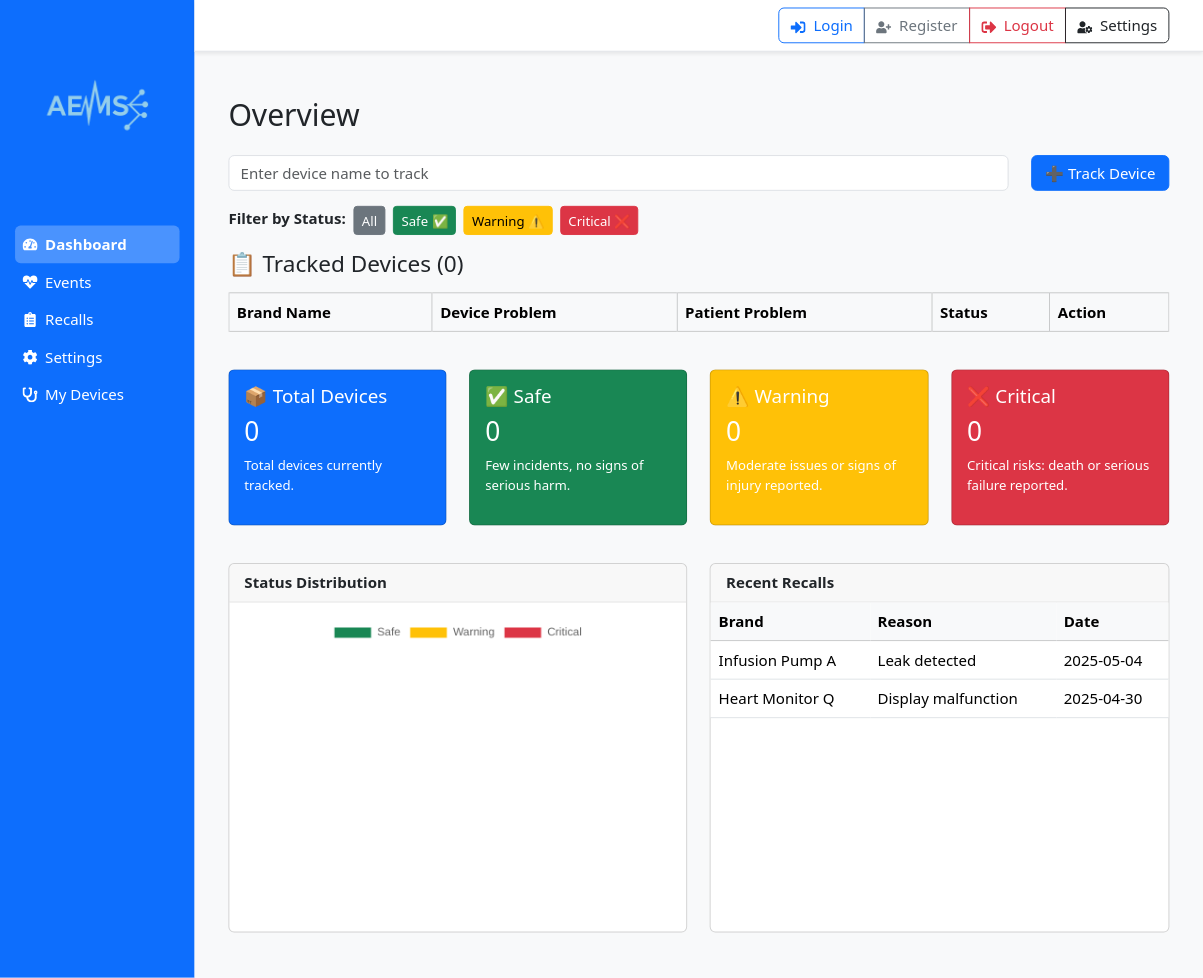
Repository: Sarary2/AEMS_2MVP
Page: / (app in frontend/AEMS/)
An editor plug-in stored every save of this project. The page is shown before and after the next save, followed by the edit.
The browser window is 1280 px wide. The pictures show the whole page, at 94% of full size.
The page's requests for data from a server got no answer. The project was rebuilt for these pictures with package versions that can differ from the ones it lists, and the page was loaded fresh each time. No one was signed in, and anything a server would have sent is missing. Also part of the build but not shown: frontend/AEMS/vite.config.js, frontend/AEMS/src/components/DeviceRow.jsx, frontend/AEMS/src/pages/Events.jsx, frontend/AEMS/src/firebase.js, frontend/AEMS/src/pages/Login.jsx, frontend/AEMS/src/pages/Register.jsx, frontend/AEMS/src/utils/fetchRecalls.js, frontend/AEMS/src/pages/Recalls.jsx and 2 more.

Above is the page before, as saved 2025-05-06 14:40:02.

After the next save:
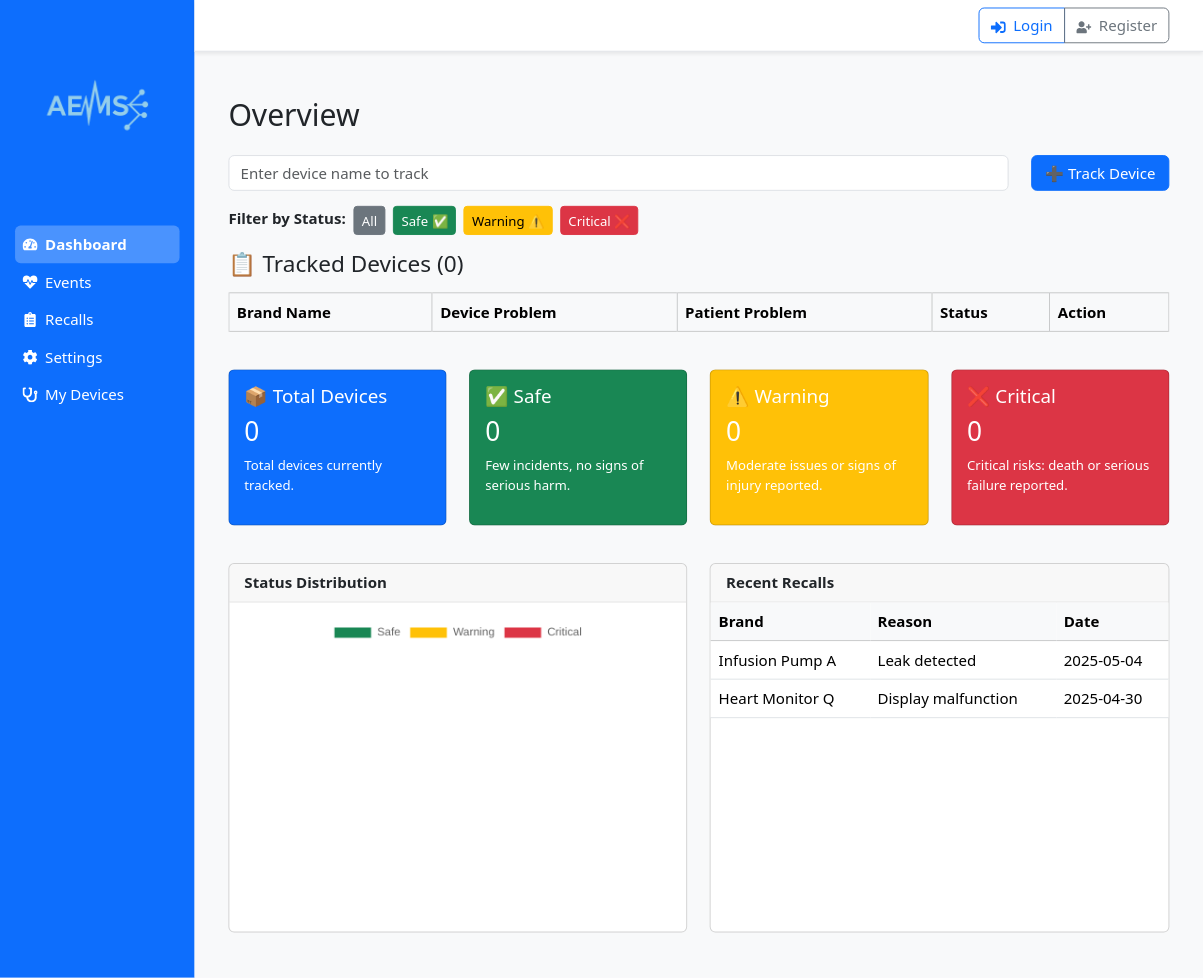
Saved 59 s later.
--- a/frontend/AEMS/src/components/Navbar.jsx
+++ b/frontend/AEMS/src/components/Navbar.jsx
@@ -1,25 +1,45 @@
 import { useNavigate } from 'react-router-dom';
+import { useEffect, useState } from 'react';
+import { getAuth, onAuthStateChanged, signOut } from 'firebase/auth';
 import { FaSignInAlt, FaUserPlus, FaSignOutAlt, FaUserCog } from 'react-icons/fa';
 
 export default function Navbar() {
   const navigate = useNavigate();
+  const auth = getAuth();
+  const [user, setUser] = useState(null);
+
+  useEffect(() => {
+    const unsub = onAuthStateChanged(auth, setUser);
+    return () => unsub();
+  }, []);
+
+  const handleLogout = () => {
+    signOut(auth).then(() => navigate('/login'));
+  };
 
   return (
     <nav className="navbar navbar-expand-lg navbar-light bg-white border-bottom shadow-sm px-4">
       <div className="container-fluid d-flex justify-content-end">
-        <div className="btn-group" role="group" aria-label="Auth buttons">
-          <button className="btn btn-outline-primary" onClick={() => navigate('/login')}>
-            <FaSignInAlt className="me-1" /> Login
-          </button>
-          <button className="btn btn-outline-secondary" onClick={() => navigate('/register')}>
-            <FaUserPlus className="me-1" /> Register
-          </button>
-          <button className="btn btn-outline-danger" onClick={() => alert('🔒 Logged out')}>
-            <FaSignOutAlt className="me-1" /> Logout
-          </button>
-          <button className="btn btn-outline-dark" onClick={() => navigate('/settings')}>
-            <FaUserCog className="me-1" /> Settings
-          </button>
+        <div className="btn-group" role="group" aria-label="Auth Buttons">
+          {user ? (
+            <>
+              <button className="btn btn-outline-dark" onClick={() => navigate('/settings')}>
+                <FaUserCog className="me-1" /> Settings
+              </button>
+              <button className="btn btn-outline-danger" onClick={handleLogout}>
+                <FaSignOutAlt className="me-1" /> Logout
+              </button>
+            </>
+          ) : (
+            <>
+              <button className="btn btn-outline-primary" onClick={() => navigate('/login')}>
+                <FaSignInAlt className="me-1" /> Login
+              </button>
+              <button className="btn btn-outline-secondary" onClick={() => navigate('/register')}>
+                <FaUserPlus className="me-1" /> Register
+              </button>
+            </>
+          )}
         </div>
       </div>
     </nav>
